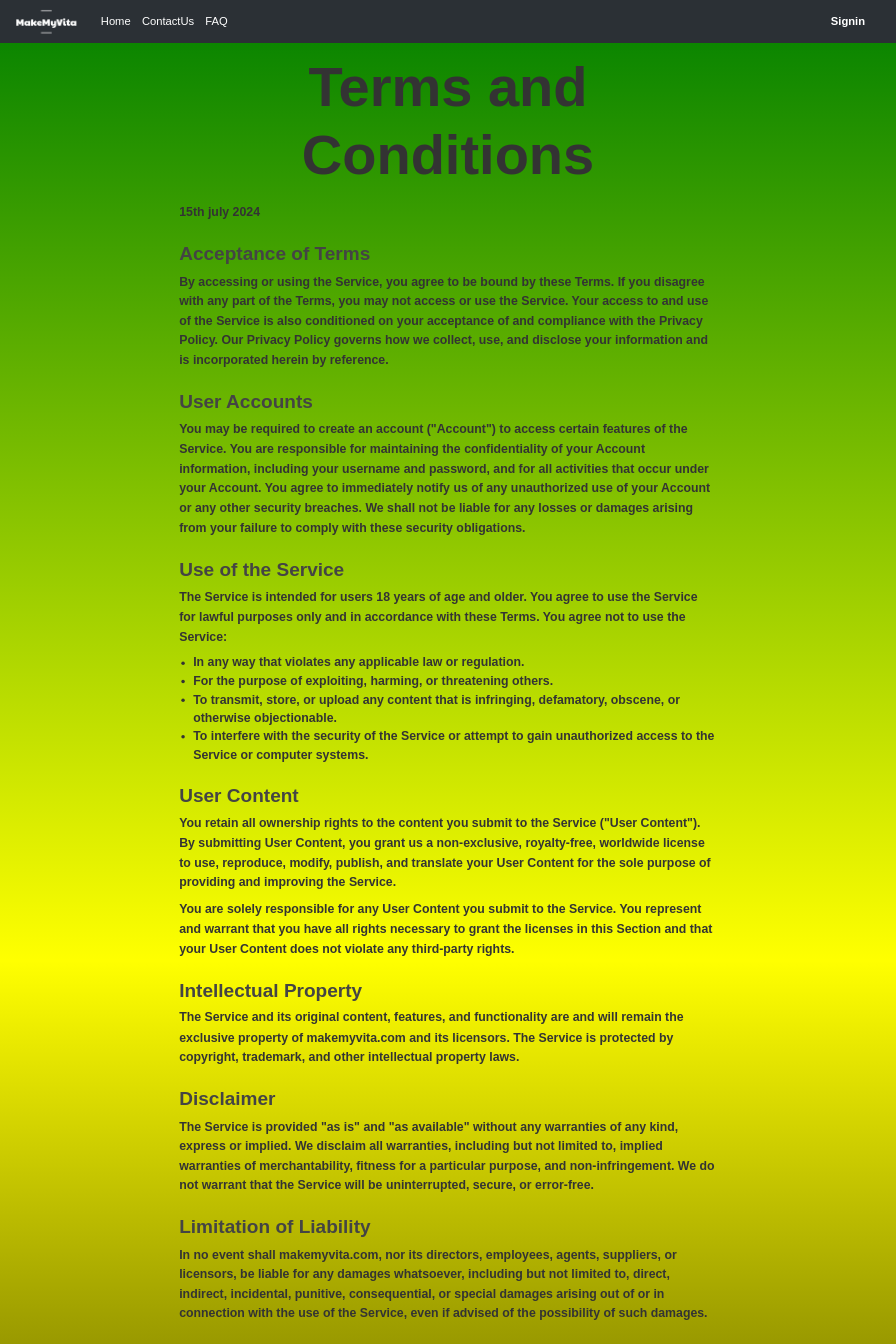
Repository: Tejaakshaykumar/MakeMyVita-Resume-Builder-Website
Page: /T&C (app in frontend/)
An editor plug-in stored every save of this project. The page is shown before and after the next save, followed by the edit.
The browser window is 1280 px wide. The pictures show the part of the page from y = 0 to 1920 px (the page is 2936 px tall), at 70% of full size.
Some web libraries are served in a nearby version. The project was rebuilt for these pictures with package versions that can differ from the ones it lists, and the page was loaded fresh each time. Also part of the build but not shown: frontend/src/App.css, frontend/src/containers/About.js, frontend/src/containers/Buildresume.js, frontend/src/containers/Images.js, frontend/src/containers/Features.js, frontend/src/containers/Review.js, frontend/src/containers/Trybox.js, frontend/src/containers/Motionbox.js and 5 more.

Above is the page before, as saved 2024-06-10 11:45:10.

### frontend/public/index.html
<!DOCTYPE html>
<html lang="en">
  <head>
    <meta charset="utf-8" />
    <link rel="icon" href="%PUBLIC_URL%/favicon.ico" />
    <meta name="viewport" content="width=device-width, initial-scale=1" />
    <meta name="theme-color" content="#000000" />
    <meta
      name="description"
      content="Web site created using create-react-app"
    />
    <link rel="apple-touch-icon" href="%PUBLIC_URL%/logo192.png" />
    <!--
      manifest.json provides metadata used when your web app is installed on a
      user's mobile device or desktop. See https://developers.google.com/web/fundamentals/web-app-manifest/
    -->
    <link rel="manifest" href="%PUBLIC_URL%/manifest.json" />
    <link rel="stylesheet" href="https://stackpath.bootstrapcdn.com/bootstrap/4.5.2/css/bootstrap.min.css">
  <link rel="stylesheet" href="https://stackpath.bootstrapcdn.com/font-awesome/4.7.0/css/font-awesome.min.css">
  <link href="https://cdn.jsdelivr.net/npm/bootstrap@5.3.3/dist/css/bootstrap.min.css" rel="stylesheet" integrity="sha384-QWTKZyjpPEjISv5WaRU9OFeRpok6YctnYmDr5pNlyT2bRjXh0JMhjY6hW+ALEwIH" crossorigin="anonymous">
  <link href="https://cdn.jsdelivr.net/npm/bootstrap-icons@1.7.2/font/bootstrap-icons.css" rel="stylesheet">
    <!--
      Notice the use of %PUBLIC_URL% in the tags above.
      It will be replaced with the URL of the `public` folder during the build.
      Only files inside the `public` folder can be referenced from the HTML.

      Unlike "/favicon.ico" or "favicon.ico", "%PUBLIC_URL%/favicon.ico" will
      work correctly both with client-side routing and a non-root public URL.
      Learn how to configure a non-root public URL by running `npm run build`.
    -->
    <title>React App</title>
  </head>
  <body>
    <noscript>You need to enable JavaScript to run this app.</noscript>
    <div id="root"></div>
    <!--
      This HTML file is a template.
      If you open it directly in the browser, you will see an empty page.

      You can add webfonts, meta tags, or analytics to this file.
      The build step will place the bundled scripts into the <body> tag.

      To begin the development, run `npm start` or `yarn start`.
      To create a production bundle, use `npm run build` or `yarn build`.
    -->
  </body>
  <script src="https://cdn.jsdelivr.net/npm/bootstrap@5.3.3/dist/js/bootstrap.bundle.min.js" integrity="sha384-YvpcrYf0tY3lHB60NNkmXc5s9fDVZLESaAA55NDzOxhy9GkcIdslK1eN7N6jIeHz" crossorigin="anonymous"></script>
</html>

### frontend/src/containers/Navbar.js
import React from 'react';
import { useNavigate } from 'react-router-dom';
import logo from '../images/HubSpot Brand Kit/Logo/PNG/main-logo-white-transparent.png';
export default function Navbar() {
  const navigate = useNavigate();
  const handleSigninClick = () => {
    navigate('/signin');
  };
  return (
    <div>

      <nav className="navbar fixed-top navbar-expand-lg bg-body-tertiary" data-bs-theme="dark" >
      <div className="container-fluid" >
        <a className="navbar-brand" href="/">
        <img src={logo} alt="Logo" style={{height:'5vh',width:'15vh',objectFit:'cover'}} />
        </a>
        <button
          className="navbar-toggler"
          type="button"
          data-bs-toggle="collapse"
          data-bs-target="#navbarSupportedContent"
          aria-controls="navbarSupportedContent"
          aria-expanded="false"
          aria-label="Toggle navigation"
        >
          <span className="navbar-toggler-icon" />
        </button>
        <div className="collapse navbar-collapse" id="navbarSupportedContent">
          <ul className="navbar-nav me-auto mb-2 mb-lg-0">
            <li className="nav-item">
              <a className="nav-link active" aria-current="page" href="/">
                Home
              </a>
            </li>
            <li className="nav-item">
              <a className="nav-link active" aria-current="page" href="#">
                ContactUs
              </a>
            </li>
            <li className="nav-item">
              <a className="nav-link active" aria-current="page" href="/FAQ">
                FAQ
              </a>
            </li>
          </ul>
          <form className="d-flex">
            <button className=" btn btn-outline-success custom-btn" type="submit" onClick={handleSigninClick}>
            &nbsp;&nbsp;&nbsp;&nbsp;&nbsp;Signin&nbsp;&nbsp;&nbsp;&nbsp;&nbsp;
            </button>
          </form>
        </div>
      </div>
    </nav>

    </div>
  );
}

### frontend/src/containers/Foot.js
import React from 'react';
import './cont.css'; // Import the CSS file

export default function Foot() {
  return (
    <footer>
      <div className="footer-container ">
        <ul className="footer-nav">
        <li className="nav-item">
            <a className="nav-link" href="/aboutus">
              ABOUT US
            </a>
          </li>
          <>|</>
          <li className="nav-item">
            <a className="nav-link" href="/T&C">
              TERMS & CONDITIONS
            </a>
          </li>
          <>|</>
        <li className="nav-item">
            <a className="nav-link" href="/privacy">
              PRIVACY POLICY
            </a>
          </li>
          <>|</>
          <li className="nav-item">
            <a className="nav-link" href="#">
              CONTACT US
            </a>
          </li>
          <>|</>
          <li className="nav-item">
            <a className="nav-link" href="/FAQ">
              FAQs
            </a>
          </li>
        </ul>
        <div class="social-icons">
        <a href="https://www.facebook.com" target="_blank" aria-label="Facebook">
          <i class="bi bi-facebook"></i>
        </a>
        <a href="https://www.instagram.com" target="_blank" aria-label="Instagram">
          <i class="bi bi-instagram"></i>
        </a>
        <a href="https://www.pinterest.com" target="_blank" aria-label="Pinterest">
          <i class="bi bi-pinterest"></i>
        </a>
        <a href="https://www.youtube.com" target="_blank" aria-label="YouTube">
          <i class="bi bi-youtube"></i>
        </a>
        <a href="https://www.linkedin.com" target="_blank" aria-label="LinkedIn">
          <i class="bi bi-linkedin"></i>
        </a>
        <a href="https://www.twitter.com" target="_blank" aria-label="Twitter">
          <i class="bi bi-twitter"></i>
        </a>
      </div>
      <div className="footer-copy">
          &copy; 2024 developed by Teja Akshay Kumar
      </div>
      </div>
    </footer>
  );
}

### frontend/src/containers/cont.css
/* navbar */
.custom-btn {
  color: white;
}
.custom-btn:hover {
  color: black;
  background-color: white;
}

.footer-container {
  height: 25vh;
  width: 100%;
  background-color: rgb(0, 0, 0);
  color: white;
  display: flex;
  flex-direction: column;
  align-items: center;
  /* padding-bottom: 3%; */
  /* justify-content: center; */
}

.footer-nav {
  display: flex;
  list-style: none;
  padding-top: 30px;
  margin: 0;
}

.footer-nav .nav-item {
  margin: 0 50px;
}

.footer-nav .nav-item .nav-link {
  color: white;
  text-decoration: none;
  /* text-transform: uppercase; */
  /* text-decoration: underline; */
}

.footer-nav .nav-item .nav-link:hover {
  text-decoration: underline;
}

.footer-copy {
  /* padding-top: 5%; */
  text-align: center;
  font-size: large;
  font-weight: 500;
  /* padding-bottom: 3%; */
}

.social-icons {
  display: flex;
  justify-content: center;
  gap: 40px;
  padding: 40px;
  /* background-color: #f0f0f0; */
}

.social-icons a {
  color: #ffffff;
  font-size: 24px;
  text-decoration: none;
}

.social-icons a:hover {
  color: #007bff;
}

/* Features */

.feature-component {
  height: 90vh;
  width: 100%;
  display: flex;
  justify-content: flex-start;
  flex-wrap: wrap;
  margin-top: 10%;
  padding-left: 8%;
  padding-right: 8%;
}
.feature {
  flex: 1 1 30%;
  box-sizing: border-box;
  padding: 20px;
  margin: 10px;
  text-align: center;
  background-color: #fff;
  border-radius: 8px;
  /* box-shadow: 0 4px 8px rgba(0, 0, 0, 0.1); */
}

.feature img {
  width: 60px;
  height:80px;
  margin-bottom: 10px;
}

.feature h3 {
  font-size: 1.5em;
  margin-bottom: 10px;
  font-weight: 500;
  font-family:'Franklin Gothic Medium', 'Arial Narrow', Arial, sans-serif;
}

.feature p {
  font-size: 1.3em;
  color: #666;
  font-weight: 400;
  font-family: 'Gill Sans', 'Gill Sans MT', Calibri, 'Trebuchet MS', sans-serif;
}

.feature:hover {
  background: linear-gradient(to right, #fd4908, #1e90ff);
  box-shadow: black;
  border-radius: 5%;
  color: rgb(255, 255, 255);
}

.feature:hover h3,
.feature:hover p {
  color: rgb(255, 255, 255);
}

/* About */
.resume-builder-container {
  display: flex;
  flex-direction: row;
  justify-content: space-between;
  align-items: center;
  padding: 10vh;
  /* background-color: #fff; */
  background: linear-gradient(to right, #84eefc, #ffffff, #ffffff);
  /* background:linear-gradient(to left, #00e1ff,#ffffff, #ffffff); */
  /* border: 1px solid #ddd; */
  /* border-radius: 8px; */
  /* box-shadow: 0 2px 4px rgba(0, 0, 0, 0.1); */
  height: 80vh;
}

.resume-builder-container1 {
  display: flex;
  flex-direction: row;
  justify-content: space-between;
  align-items: center;
  padding: 10vh;
  height: 80vh;
  background: linear-gradient(to top, #ffffff, #59CE8F,#E8F9FD, #ffffff);
}

/* .resume-builder-image {
    -webkit-mask-image: radial-gradient(circle, rgba(0, 0, 0, 1) 50%, rgba(0, 0, 0, 0) 90%);
    mask-image: radial-gradient(circle, rgba(0, 0, 0, 1) 50%, rgba(0, 0, 0, 0) 90%);
  }
   */
.resume-builder-content {
  max-width: 60%;
  padding: 10%;
}

.resume-builder-content1 {
  max-width: 70%;
  padding: 10%;
}

.resume-builder-content h1 {
  font-size: 4em;
  color: #333;
  margin-bottom: 10px;
  font-family: "Franklin Gothic Medium", "Arial Narrow", Arial, sans-serif;
  text-align: left;
}

.resume-builder-content p {
  font-size: 1.4em;
  font-weight: 400;
  color: #666;
  line-height: 1.5;
  margin-bottom: 20px;
  /* padding-left: 2%; */
  /* text-align: center; */
}

.resume-builder-content1 h1 {
  font-size: 4em;
  color: #333;
  margin-bottom: 10px;
  font-family: "Franklin Gothic Medium", "Arial Narrow", Arial, sans-serif;
  text-align: left;
}

.resume-builder-content1 p {
  font-size: 1.4em;
  font-weight: 400;
  color: #666;
  line-height: 1.5;
  margin-bottom: 20px;
  /* padding-left: 2%; */
  /* text-align: center; */
}

.aboutbutton {
  height: 6vh;
  width: 27%;
  margin-left: 20%;
  margin-top: 2%;
  text-align: center;
  font-weight: 500;
  border-radius: 7px;
  color: #ffffff;
  font-weight: 700;
  transition: background 0.3s ease;
  /* border-style:solid; */
  border-color: white;
  background: #3e14fc;
  box-shadow: 0 2px 6px rgba(24, 23, 23, 0.801);
  /* box-shadow: #3e14fc; */
}
.aboutbutton:hover {
  transition: background 0.3s ease;
  border-style: solid;
  background: linear-gradient(to right, #ffd000, #ff0000);
  box-shadow: #3e14fc;
}

.create-now-button {
  background-color: #00b0ff;
  color: #fff;
  border: none;
  padding: 10px 20px;
  font-size: 1em;
  border-radius: 5px;
  cursor: pointer;
}

.create-now-button:hover {
  background-color: #008cba;
}

.resume-builder-image {
  max-width: 40%;
}

.resume-builder-image img {
  max-width: 100%;
  height: auto;
  border-radius: 8px;
}

.text-gradient {
  background: linear-gradient(to right, #ff7f50, #1e90ff);
  -webkit-background-clip: text;
  -webkit-text-fill-color: transparent;
  background-clip: text;
  color: transparent;
}

.icon-container {
  width: 100%;
  height: 100px;
  overflow: hidden;
  white-space: nowrap;
  position: relative;
  background-color: #ffffff;
  padding-bottom: 25px;
}

.icons {
  display: inline-block;
  animation: moveIcons 40s linear infinite;
}

.icons img {
  font-size: 24px;
  margin: 0 15px; /* Add some margin between icons */
  color: #333;
  /* width: 100px; Adjust the size as needed */
  height: 50px;
}

@keyframes moveIcons {
  0% {
    transform: translateX(70%);
  }
  100% {
    transform: translateX(-100%);
  }
}

.try {
  height: 30vh;
  width: 100%;
  background-image: url("C:/Users/tejaa/Downloads/pexels-magda-ehlers-pexels-1279813.jpg");
  background-size: cover;
  align-items: center;
  display: flex;
  flex-direction: column;
  justify-content: center;
  margin-bottom: 7vh;
  margin-top: 5vh;
}

.try h2 {
  font-size: 280%;
  color: antiquewhite;
  text-shadow: 5px 5px 3px rgba(0, 0, 0, 0.3);
}
.try button {
  height: 4vh;
  width: 15%;
  font-weight: 700;
  border-radius: 5cm;
  color: blanchedalmond;
  border: #ffffff;
  background: linear-gradient(to right, #fd0808, #a51eff);
}

/* Review */
/* Styles for the main container */
/* Swiper specific styles */
/* #App {
  height: 100%;
}
html,
body {
  position: relative;
  height: 100%;
}

body {
  background: #eee;
  font-family: Helvetica Neue, Helvetica, Arial, sans-serif;
  font-size: 14px;
  color: #000;
  margin: 0;
  padding: 0;
} */
.swiper-container {
  /* position: relative; */
  height: 30vh;
  background: #ffffff;
  font-family: Helvetica Neue, Helvetica, Arial, sans-serif;
  font-size: 14px;
  color: #000;
  margin: 30px;
  padding: 10px;
  display: flex;
  flex-direction: row;
  justify-content: center;
}

.swiper {
  width: 100%;
  height: 100%;
}

.swiper-slide {
  text-align: center;
  font-size: 18px;
  background: #ffffff;
  display: flex;
  justify-content: center;
  align-items: center;
  padding-top: 20%;
  /* margin: 5%; */
}

.swiper-slide img {
  display: block;
  width: 100%;
  height: 100%;
  object-fit: cover;
}

.autoplay-progress {
  position: absolute;
  right: 16px;
  bottom: 16px;
  z-index: 10;
  width: 48px;
  height: 48px;
  display: flex;
  align-items: center;
  justify-content: center;
  font-weight: bold;
  color: var(--swiper-theme-color);
}

.autoplay-progress svg {
  --progress: 0;
  position: absolute;
  left: 0;
  top: 0px;
  z-index: 10;
  width: 100%;
  height: 100%;
  stroke-width: 4px;
  stroke: var(--swiper-theme-color);
  fill: none;
  stroke-dashoffset: calc(125.6px * (1 - var(--progress)));
  stroke-dasharray: 125.6;
  transform: rotate(-90deg);
}

### frontend/src/pages/pagestyles.css
/* TandC */

.tandc-container {
    max-width: 100%;
    /* margin: 0 auto; */
    padding: 6% 20%;
    font-family: Arial, sans-serif;
    background: linear-gradient(to top,rgb(0, 0, 0),yellow,green);
    color: #333;
    /* margin-top: 7%; */
    margin-bottom: -2%;

  }

  .tandc-container h1 {
    text-align: center;
    margin-bottom: 20px;
    font-weight: 700;
    font-size: 5rem;
  }

  .tandc-container h2 {
    margin-top: 30px;
    color: #444;
    font-weight: 700;
    font-size: 1.7rem;
  }

  .tandc-container p {
    line-height: 1.6;
    font-weight: 600;
    font-size: 1.1rem;
  }

  .tandc-container ul {
    list-style-type: disc;
    padding-left: 20px;
    font-weight: 600;
    font-size: 1.1rem;
  }

  .tandc-container a {
    color: #1a73e8;
    text-decoration: none;
  }

  .tandc-container a:hover {
    text-decoration: underline;
  }


  /* Privacy */
  .privacy-container {
    max-width: 800px;
    margin: 0 auto;
    padding: 20px;
    font-family: 'Arial', sans-serif;
    color: #333;
    line-height: 1.6;
    background-color: #fff;
    border-radius: 8px;
    box-shadow: 0 0 10px rgba(0, 0, 0, 0.1);
  }

  h1 {
    text-align: center;
    color: #333;
    font-size: 2.5rem;
    margin-bottom: 20px;
  }

  h2 {
    color: #444;
    font-size: 1.75rem;
    margin-top: 20px;
  }

  h3 {
    color: #555;
    font-size: 1.5rem;
    margin-top: 15px;
  }

  p {
    margin-bottom: 10px;
  }

  ul {
    list-style-type: disc;
    padding-left: 20px;
  }

  a {
    color: #1a73e8;
    text-decoration: none;
  }

  a:hover {
    text-decoration: underline;
  }

  @media (max-width: 600px) {
    .privacy-container {
      padding: 10px;
    }

    h1 {
      font-size: 2rem;
    }

    h2 {
      font-size: 1.5rem;
    }

    h3 {
      font-size: 1.25rem;
    }
  }

  /* Aboutus */
  .about-container {
    font-family: 'Arial', sans-serif;
    color: #fff;
    max-width: 1200px;
    margin: 0 auto;
    padding: 20px;
    background-color: #000; /* For overall contrast, adjust as needed */
  }

  .about-top {
    position: relative;
    text-align: center;
    color: white;
  }

  .about-image {
    width: 100%;
    height: auto;
    border-radius: 10px;
    opacity: 0.8;
  }

  .about-content {
    position: absolute;
    top: 50%;
    left: 50%;
    transform: translate(-50%, -50%);
    background-color: rgba(0, 0, 0, 0.5); /* Semi-transparent background */
    padding: 20px;
    border-radius: 10px;
    max-width: 90%;
    text-align: left;
  }

  .about-content h1 {
    font-size: 3rem;
    margin-bottom: 10px;
  }

  .about-content p {
    font-size: 1.2rem;
  }

  .about-bottom {
    background-color: #222;
    padding: 40px;
    border-radius: 10px;
    margin-top: 20px;
  }

  .about-bottom h2 {
    font-size: 2rem;
    margin-bottom: 20px;
  }

  .about-bottom p,
  .about-bottom ul {
    font-size: 1.2rem;
    line-height: 1.6;
  }

  .about-bottom ul {
    list-style-type: disc;
    padding-left: 20px;
  }

  .about-bottom h3 {
    font-size: 1.5rem;
    margin-top: 20px;
  }

  @media (max-width: 768px) {
    .about-content h1 {
      font-size: 2rem;
    }

    .about-content p {
      font-size: 1rem;
    }

    .about-bottom h2 {
      font-size: 1.5rem;
    }

    .about-bottom p,
    .about-bottom ul {
      font-size: 1rem;
    }
  }

  /* FAQ */
  /* styles.css */

/* body, html {
  margin: 0;
  padding: 0;
  font-family: Arial, sans-serif;
  background-color: #f7f7f7;
}

.app {
  display: flex;
  justify-content: center;
  align-items: center;
  min-height: 100vh;
  padding: 20px;
} */

.faq-container {
  background-color: white;
  padding: 20px;
  border-radius: 8px;
  max-width: 800px;
  width: 100%;
  box-shadow: 0 4px 8px rgba(0, 0, 0, 0.1);
}

.faq-container h1 {
  text-align: center;
  margin-bottom: 20px;
}

.faq-container input {
  width: 100%;
  padding: 10px;
  margin-bottom: 20px;
  border: 1px solid #ccc;
  border-radius: 4px;
}

.faq-list {
  max-height: 500px;
  overflow-y: auto;
}

.faq-item {
  border-bottom: 1px solid #eee;
  padding: 10px 0;
}

.faq-question {
  cursor: pointer;
  font-weight: bold;
}

.faq-answer {
  margin-top: 10px;
}

.related-articles {
  margin-top: 10px;
}

.related-articles h4 {
  margin-bottom: 5px;
}

.related-articles ul {
  padding-left: 20px;
  margin: 0;
}

.related-articles li {
  list-style-type: disc;
}



  /* Dashboard */
  body {
    font-family: Arial, sans-serif;
  }

  .sidebar {
    position: fixed;
    top: 0;
    bottom: 0;
    left: 0;
    z-index: 100;
    padding: 48px 0 0;
    box-shadow: inset -1px 0 0 rgba(0, 0, 0, .1);
  }

  .sidebar .nav-link {
    font-weight: 500;
    color: #333;
  }

  .sidebar .nav-link.active {
    color: #007bff;
  }

  .sidebar .nav-link:hover {
    color: #007bff;
  }

  .sidebar .sidebar-title {
    padding: 16px;
    font-size: 1.5rem;
    text-align: center;
  }

  .sidebar-footer {
    position: absolute;
    bottom: 0;
    width: 100%;
    padding: 16px;
    text-align: center;
  }

  .sidebar-footer .nav-link {
    color: #007bff;
  }

  .sidebar-footer .nav-link:hover {
    color: #0056b3;
  }

  .badge-new {
    background-color: #28a745;
    color: white;
    padding: 4px 8px;
    border-radius: 12px;
  }

  .card {
    margin-bottom: 1.5rem;
  }

  .card-title {
    font-size: 1.5rem;
    font-weight: bold;
  }

  .alert {
    margin-bottom: 0;
    font-size: 0.875rem;
  }

  @media (max-width: 767.98px) {
    .sidebar {
      position: relative;
      width: 100%;
      height: auto;
    }

    .sidebar .nav-link {
      font-size: 0.875rem;
    }
  }


  /* Signin */


  .signin {
    /* background: linear-gradient(45deg, #a1c4fd, #c2e9fb); */
    font-family: 'Arial', sans-serif;
    /* background:linear-gradient(to top,#000000,#5A72A0,#83B4FF,#FDFFE2); */
    background:linear-gradient(to top,#000000,#243763);
    /* background:linear-gradient(to top,#000000,#E96479,#F5E9CF,#c4fffd); */

    height: 100vh;
    display: flex;
    justify-content: center;
    align-items: center;
    margin-bottom: -2%;
  }

  .signin-container {
    text-align: center;

  }

  .signin-box {
    background: #fff;
    padding: 40px;
    border-radius: 8px;
    box-shadow: 0px 0px 20px rgba(0, 0, 0, 0.301);
    width: 500px;
    max-width: 90%;
  }

  .signin-header h2 {
    font-size: 24px;
    font-weight: 700;
    margin-bottom: 10px;
  }

  .signin-header p {
    font-size: 14px;
    color: #777;
    margin-bottom: 20px;
  }

  .form-group {
    margin-bottom: 15px;
  }

  .form-group label {
    display: block;
    text-align: left;
    margin-bottom: 5px;
  }

  .form-control {
    width: 100%;
    padding: 10px;
    border: 1px solid #ccc;
    border-radius: 4px;
    box-sizing: border-box;
  }

  .input-group {
    display: flex;
    align-items: center;
  }

  .input-group-append {
    background: #fff;
    border: 1px solid #ccc;
    border-left: 0;
    padding: 10px;
    border-radius: 0 4px 4px 0;
    cursor: pointer;
  }

  .form-check {
    display: flex;
    align-items: center;
    justify-content: space-between;
    margin: 20px 0;
  }

  .form-check-input {
    margin-right: 10px;
  }

  .form-check-label {
    margin-right: auto;
  }

  .forgot-password {
    color: #000;
    text-decoration: none;
  }

  .btn {
    width: 100%;
    padding: 10px;
    border: none;
    border-radius: 4px;
    cursor: pointer;
    font-size: 16px;
    font-weight: bold;
  }

  .btn-primary {
    background: #000;
    color: #fff;
  }

  .or-use {
    margin: 20px 0;
  }

  .or-use span {
    background: #fff;
    padding: 0 10px;
    color: #777;
  }

  .social-login {
    display: flex;
    justify-content: center;
    margin: 20px 0;
  }

  .social-login button {
    margin: 0 10px;
    width: 50px;
    height: 50px;
    border-radius: 50%;
    border: 1px solid #ccc;
    display: inline-flex;
    justify-content: center;
    align-items: center;
    background: #fff;
    cursor: pointer;
  }

  footer {
    margin-top: 20px;
  }

  footer p {
    font-size: 14px;
    color: #777;
  }

Loaded but not shown: frontend/src/index.js (common file); frontend/src/index.css (common file); frontend/src/reportWebVitals.js (common file); frontend/src/pages/TandC.js (106 lines, source omitted); frontend/src/App.js (99 lines, source omitted)

After the next save:
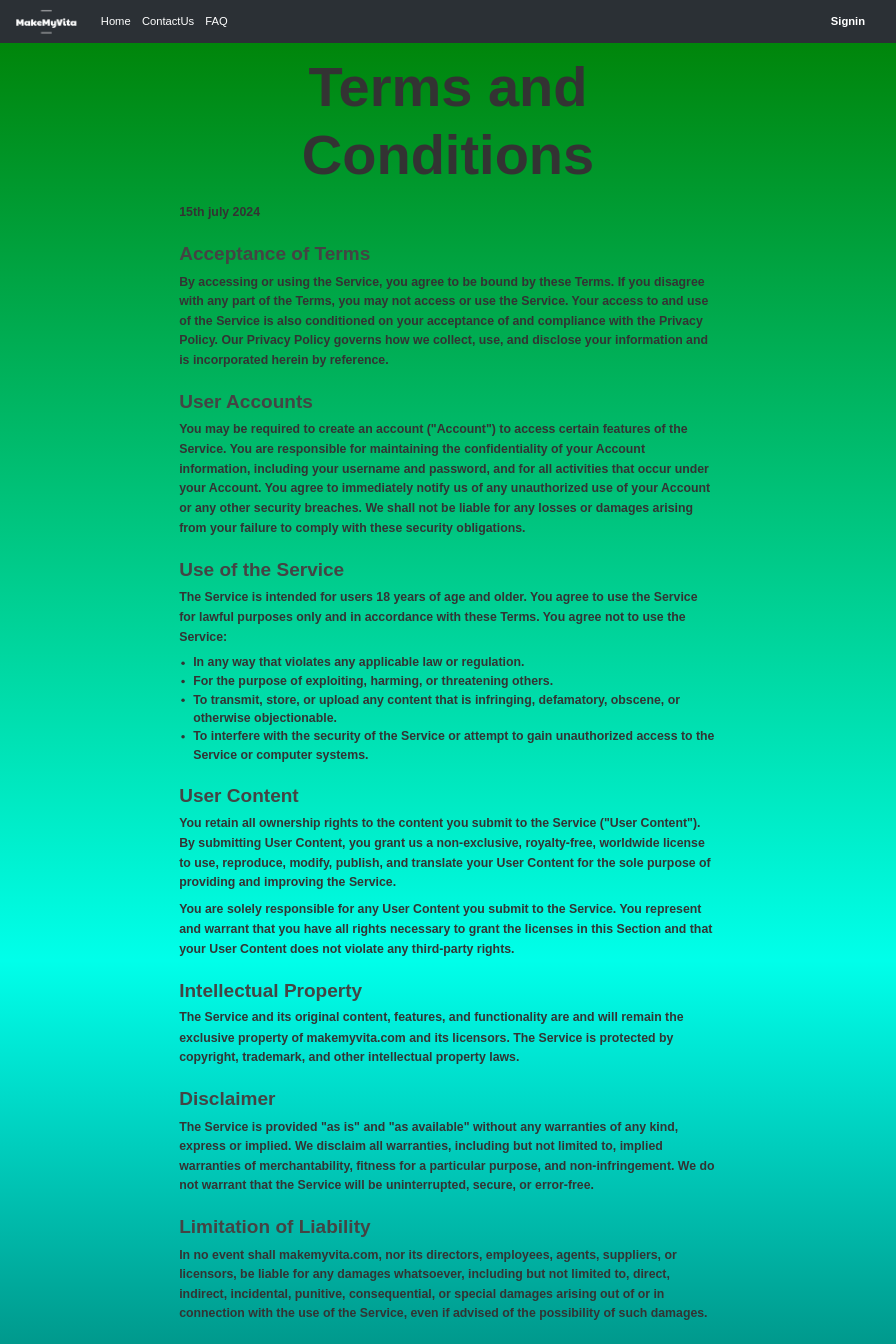
Saved 16 s later.
--- a/frontend/src/pages/pagestyles.css
+++ b/frontend/src/pages/pagestyles.css
@@ -5,7 +5,7 @@
     /* margin: 0 auto; */
     padding: 6% 20%;
     font-family: Arial, sans-serif;
-    background: linear-gradient(to top,rgb(0, 0, 0),yellow,green);
+    background: linear-gradient(to top,rgb(0, 0, 0),rgb(0, 255, 234),green);
     color: #333;
     /* margin-top: 7%; */
     margin-bottom: -2%;
